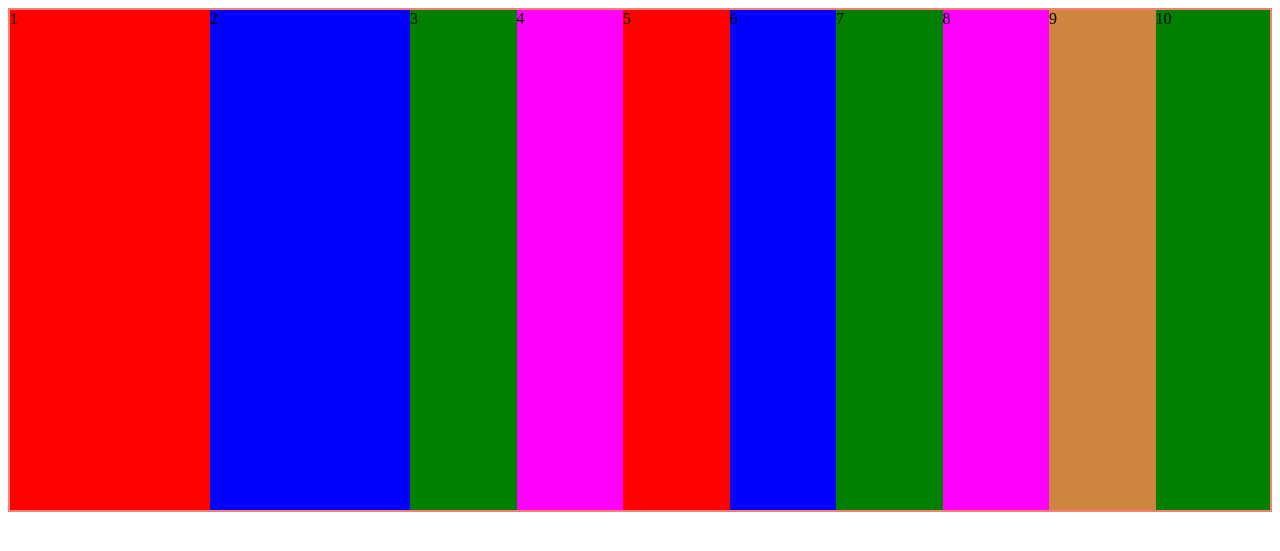
Repository: DinkarRavi/Dinkar_Coding
Page: 22aug24/grid.html
An editor plug-in stored every save of this project. The page is shown before and after a run of saves, followed by the edit.
The browser window is 1280 px wide. The pictures show the whole page.

Above is the page before, as saved 2024-08-22 15:14:08.

After the next 3 saves:
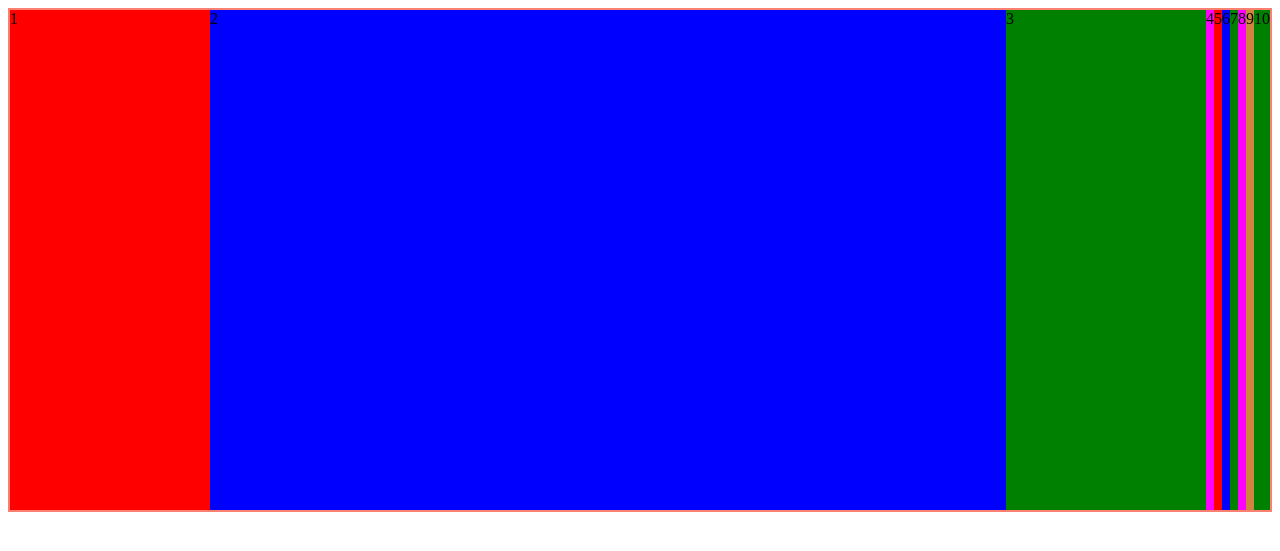
The 3 saves are shown as one change because they came seconds apart.
The last was saved 8 s later.
--- a/22aug24/grid.css
+++ b/22aug24/grid.css
@@ -5,7 +5,7 @@
 
 height: 500px;
 display: grid;
-grid-template-columns: 200px 200px;
+grid-template-columns: 200px 1fr 200px;
 /* grid-template-rows: 200px 200px;  */
 /* grid-auto-rows: 50px;
 grid-template-columns:100px;  */
